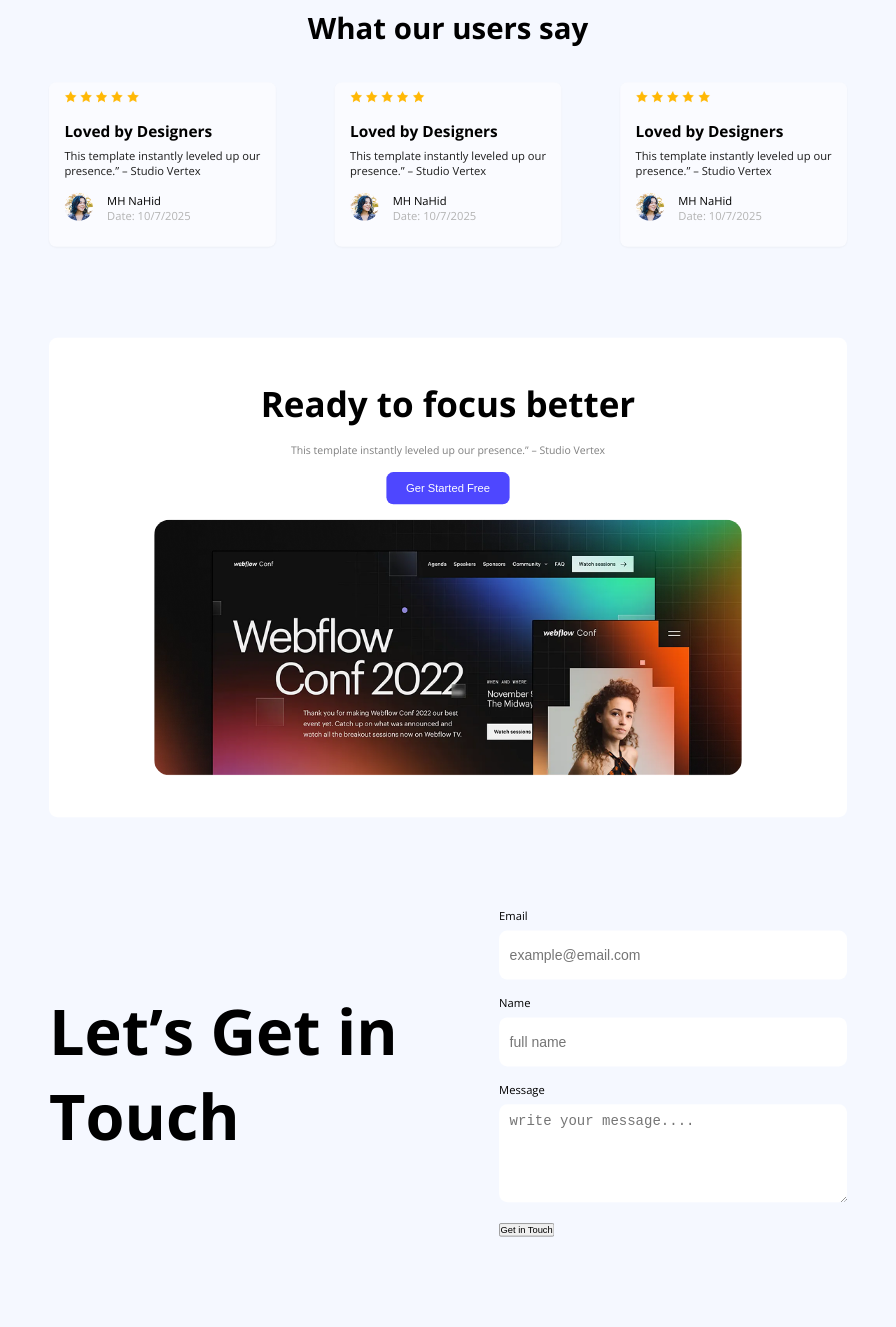
Repository: nahid-hasann/website-3
Page: index.html
The author's editor kept a copy of each file at every save. The page is drawn from the files as they stood at one save, then again after the next save.
The browser window is 1280 px wide. The pictures show the part of the page from y = 1749 to 3669 px (the page is 3645 px tall before and 3669 px after), at 70% of full size.

Above is the page before, as saved 2025-07-10 22:36:25.

### index.html
<!DOCTYPE html>
<html lang="en">
<head>
    <meta charset="UTF-8">
    <meta name="viewport" content="width=device-width, initial-scale=10">
    <title>MH NaHid</title>
    <link rel="preconnect" href="https://fonts.googleapis.com">
<link rel="preconnect" href="https://fonts.gstatic.com" crossorigin>
<link href="https://fonts.googleapis.com/css2?family=Open+Sans:ital,wght@0,300..800;1,300..800&family=Raleway:ital,wght@0,100..900;1,100..900&display=swap" rel="stylesheet">
<link rel="stylesheet" href="style.css">
</head>
<body class="open-sans-normal">


<header class="header-section">
      <section class="section-1">
       <h1 style="font-size: 34px; color: #4e47ff;">LOGO</h1>
       <button class="btn">Sign Up</button>
      </section>

      <section class="section-2">
        <h1 style="font-size: 65px; text-align: center;">Cool Dark UI Template for <br> Webflow Agencies!</h1>
        <br>
        <br>
        <button class="btn">Stay Focused</button>
      </section>


</header>


<main>

<section class="action-section">

<div class="action-title">
    <h1>See It in Action</h1>
    <br>
    <p>Explore the live preview and imagine your brand <br> in this bold new look.</p>
    <br>
    <button class="btn">Launch Live Preview</button>
</div>

<div class="action-img">
    <img src="Assets/wc-mini.png" alt="">
</div>


</section>

<section class="productive-user">

     <h1 style="text-align: center; font-size: 38px ; font-weight: 700;">Joined Thousands of Productive Users</h1>

     <div class="productive-user-review">

       <div class="productive-user-songkha">
         <h1>50K</h1>
         <p>Active Users</p>
       </div>
       <div class="productive-user-songkha">
         <h1>2M+</h1>
         <p>focus session</p>
       </div>
       <div class="productive-user-songkha">
         <h1>95%</h1>
         <p>seticefection rate</p>
       </div>

     </div>



</section>


<section class="feedback-section">

    <h1>What our users say</h1>

    <div class="feedback-flex">

   <div class="feedback-review">

        <div class="star">
            <img src="Assets/icon-star.png" alt="">
        <img src="Assets/icon-star.png" alt="">
        <img src="Assets/icon-star.png" alt="">
        <img src="Assets/icon-star.png" alt="">
        <img src="Assets/icon-star.png" alt="">
        <h4>Loved by Designers</h4>
        <p>This template instantly leveled up our <br> presence.” – Studio Vertex</p>
        </div>
        <div class="reviwer">
            <div class="reviwer-img">
                <img src="Assets/avatar.png" alt="">
            </div>
            <div class="reviwer-text">
                <p >MH NaHid</p>
                 <p class="date">Date: 10/7/2025</p>
            </div>
        </div>

    </div>

       <div class="feedback-review">

        <div class="star">
            <img src="Assets/icon-star.png" alt="">
        <img src="Assets/icon-star.png" alt="">
        <img src="Assets/icon-star.png" alt="">
        <img src="Assets/icon-star.png" alt="">
        <img src="Assets/icon-star.png" alt="">
        <h4>Loved by Designers</h4>
        <p>This template instantly leveled up our <br> presence.” – Studio Vertex</p>
        </div>
        <div class="reviwer">
            <div class="reviwer-img">
                <img src="Assets/avatar.png" alt="">
            </div>
            <div class="reviwer-text">
                <p>MH NaHid</p>
                 <p class="date">Date: 10/7/2025</p>
            </div>
        </div>

    </div>

       <div class="feedback-review">

        <div class="star">
            <img src="Assets/icon-star.png" alt="">
        <img src="Assets/icon-star.png" alt="">
        <img src="Assets/icon-star.png" alt="">
        <img src="Assets/icon-star.png" alt="">
        <img src="Assets/icon-star.png" alt="">
        <h4>Loved by Designers</h4>
        <p>This template instantly leveled up our <br> presence.” – Studio Vertex</p>
        </div>
        <div class="reviwer">
            <div class="reviwer-img">
                <img src="Assets/avatar.png" alt="">
            </div>
            <div class="reviwer-text">
                <p>MH NaHid</p>
                 <p class="date">Date: 10/7/2025</p>
            </div>
        </div>

    </div>

    </div>

</section>

<section class="free-section">

    <div class="free">
        <h1>Ready to focus better</h1>
        <br>
        <p>This template instantly leveled up our presence.” – Studio Vertex</p>
        <br>
        <button class="btn">Ger Started Free</button>
        <br>
        <img src="Assets/wc-big.png" alt="">
    </div>

</section>

<section class="contact-form">

<div class="form-heading">
    <h1>Let’s Get in Touch</h1>
</div>

<div class="form-div">

    <form class="form" action="">

        <label for="">Email</label> <br>
        <input type="email" name="" placeholder="example@email.com" id=""> <br> <br>
        <label for="">Name</label> <br>
        <input type="text" placeholder="full name"> <br><br>
        <label for="">Message</label> <br>
        <textarea name="" placeholder="write your message...." id=""></textarea> <br><br>
        <button>Get in Touch</button>

    </form>

</div>


</section>


</main>






</body>
</html>

### style.css
*{
    margin: 0;
    padding: 0;
    box-sizing: border-box;
}

body{
    background-color: #f5f8ff;
}


.open-sans-normal {
  font-family: "Open Sans", sans-serif;
  font-optical-sizing: auto;
  font-style: normal;
  font-variation-settings:
    "wdth" 100;
}

.header-section{
    background-image: url('Assets/Hero-bg.png');
    background-repeat: no-repeat;
    background-position: center;
    background-size: cover;
    /* height: 700px; */
}

.section-1{
    display: flex;
    justify-content: space-between;
    padding: 40px 0;
    width: 1140px;
    margin: auto;
}

.btn{
    padding: 14px 28px;
    border: none;
    background-color: #4e47ff ;
    color: white;
    border-radius: 10px;
    display: block;
    font-size: 16px;
}

.btn:hover{
    background-color: yellow;
    padding: 14px 30px;
    transition: 0.5s;
    color: black;
}

.section-2{

    display: flex;
    flex-direction: column;
    justify-content: center;
    align-items: center;
    margin:  auto;
    padding: 158px 0;

}

main{
    width: 1140px;
    margin: auto;
}

.action-section{
    display: flex;
    justify-content: space-between;
    margin: 130px 0;
}

.action-title{
    margin: auto 0;
}

.action-img img{
    border-radius: 20px;
    width: 404px;
    height: 328px;
}

.action-title h1{
    font-size: 44px;
}

.action-title p{
    color: rgba(37, 36, 50, 0.5);
    font-size: 24px;
}

.productive-user{
    background-color: #e5e6ff;
    padding: 50px 70px;
    /* display: flex; */
    /* flex-direction: column; */
    /* justify-content: space-between; */
    /* align-items: center; */
    border-radius: 20px;
    margin-bottom: 130px;
}

.productive-user-review {
    display: flex;
    margin-top: 40px;
    gap: 40px;
    justify-content: space-between;
    align-items: center;
}

.productive-user-songkha h1{
    text-align: center;
    font-size: 80px;
    color: #4e47ff;
}

.productive-user-songkha p{
    text-align: center;
    font-size: 20px;
    color: rgba(0, 0, 0, 0.5);
}

.feedback-section{
    margin-bottom: 130px;
}

.feedback-section h1{
    font-size: 42px;
    font-weight: 700;
    text-align: center;
    margin-bottom: 50px;
}



.reviwer{
    display: flex;
    gap: 20px;
    margin: 20px 0;
}

.reviwer-img img{
     border-radius: 50%;
}

.feedback-flex{
    display: flex;
    flex-direction: row;
    justify-content: space-between;
    align-items: center;
}

.feedback-review{
      background-color: #fafbff;
      box-shadow: 0 1px 3px rgba(0, 0, 0, 0.05);
      padding: 12px 22px;
      border-radius: 10px;
}

.star h4{
    font-size: 22px;
    font-weight: 700;
    margin-top: 20px;
    margin-bottom: 10px;
}


.date{
    color: rgba(179, 179, 179, 1);
    font-weight: 300;
}

.star p {
    color: rgba(30, 30, 30, 1);
}

.free-section{
    background-color: rgba(255, 255, 255, 1);
    border-radius: 12px;
    padding: 60px 80px;
    display: flex;
    flex-direction: column;
    justify-content: center;
    align-items: center;
    margin-bottom: 130px;
}

.free{
    display: flex;
    flex-direction: column;
    justify-content: center;
    align-items: center;
}

.free h1{
    font-size: 50px ;
    font-weight: 700;
}

.free p{
    color: rgba(0, 0, 0, 0.5);
    font-size: 15px;
}

.free img{
    border-radius: 22px;
}

.contact-form{
    display: flex;
    justify-content: space-around;
    align-items: center;
    gap: 40px;
    margin-bottom: 130px;
}

.form-heading{
    font-size: 60px;
    font-weight: 700;
}

.form input{
      border: none;
      width: 497px;
      height: 70px;
      font-size: 20px;
      padding: 12px 0 12px 15px;
      margin-top: 10px;
      border-radius: 12px;
}

.form label{
    margin-bottom: 10px;
}

.form textarea{
     border: none;
      width: 497px;
      height: 140px;
      font-size: 20px;
      padding: 12px 0 12px 15px;
      margin-top: 10px;
      border-radius: 12px;
}

After the next save:
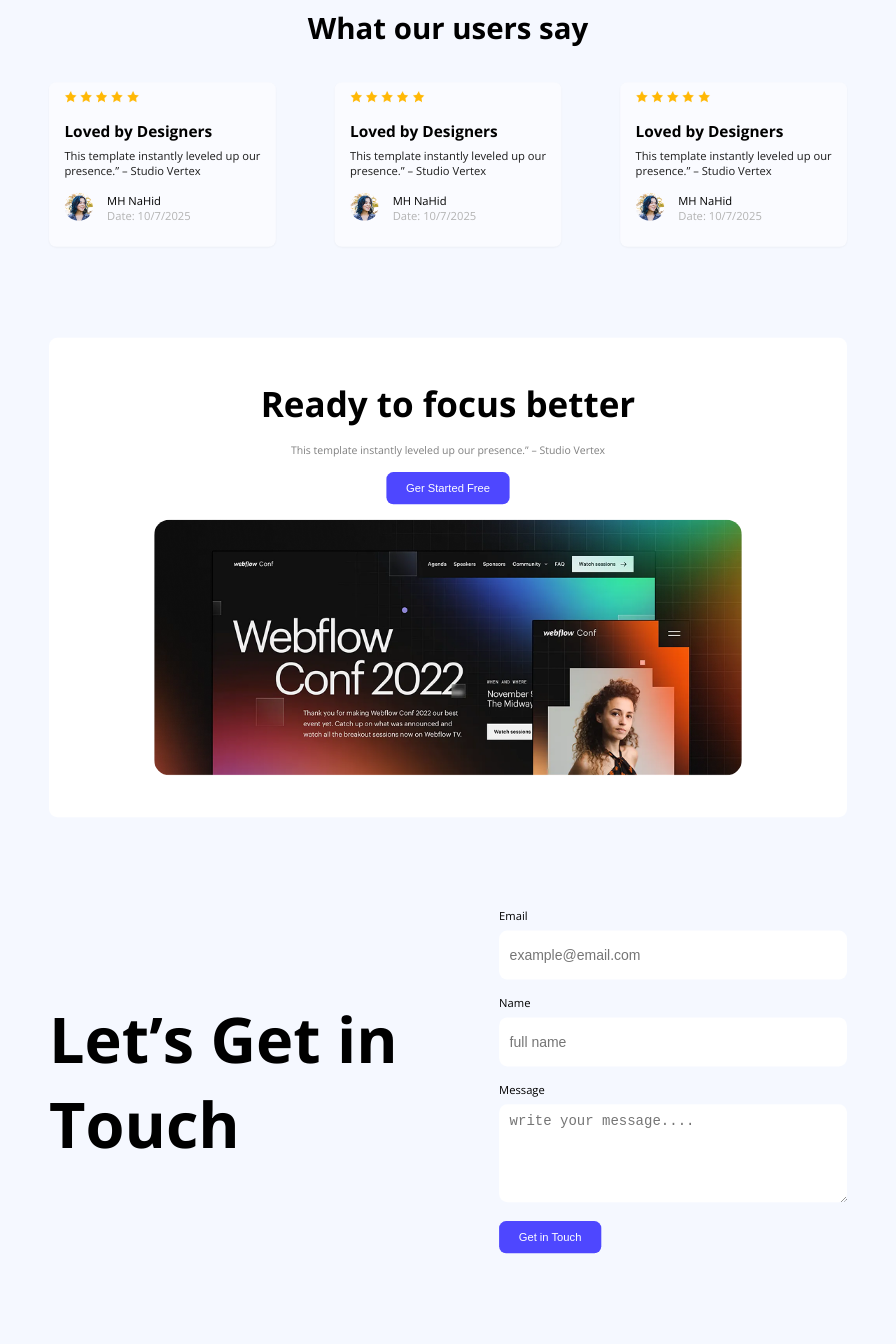
Saved 7 s later.
--- a/index.html
+++ b/index.html
@@ -183,7 +183,7 @@
         <input type="text" placeholder="full name"> <br><br>
         <label for="">Message</label> <br>
         <textarea name="" placeholder="write your message...." id=""></textarea> <br><br>
-        <button>Get in Touch</button>
+        <button class="btn">Get in Touch</button>
 
     </form>
 
